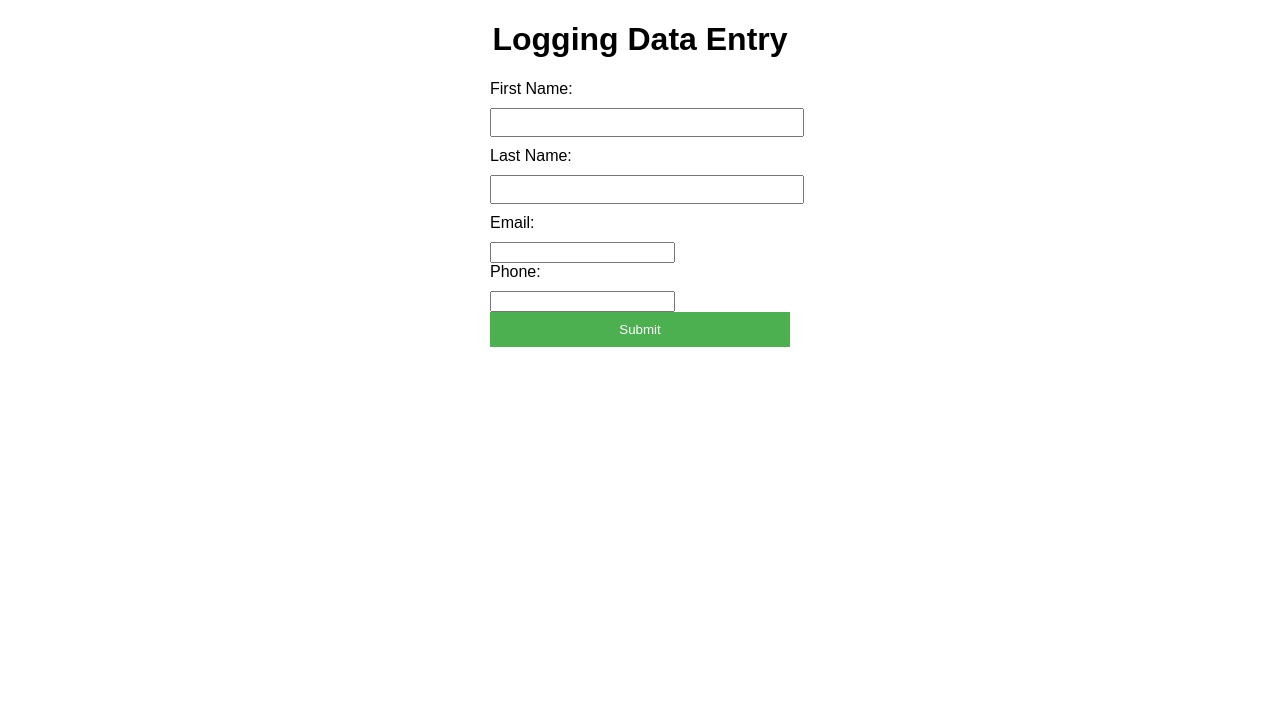
Repository: Nixon120/Python-API-MYSQL
Page: http://localhost/
The author's editor kept a copy of each file at every save. The page is drawn from the files as they stood at one save, then again after the next save.
The browser window is 1280 px wide. The pictures show the whole page.
The page is served by the project's application, run on Flask 3 (app.py).

Above is the page before, as saved 2023-06-18 18:29:23.

After the next save:
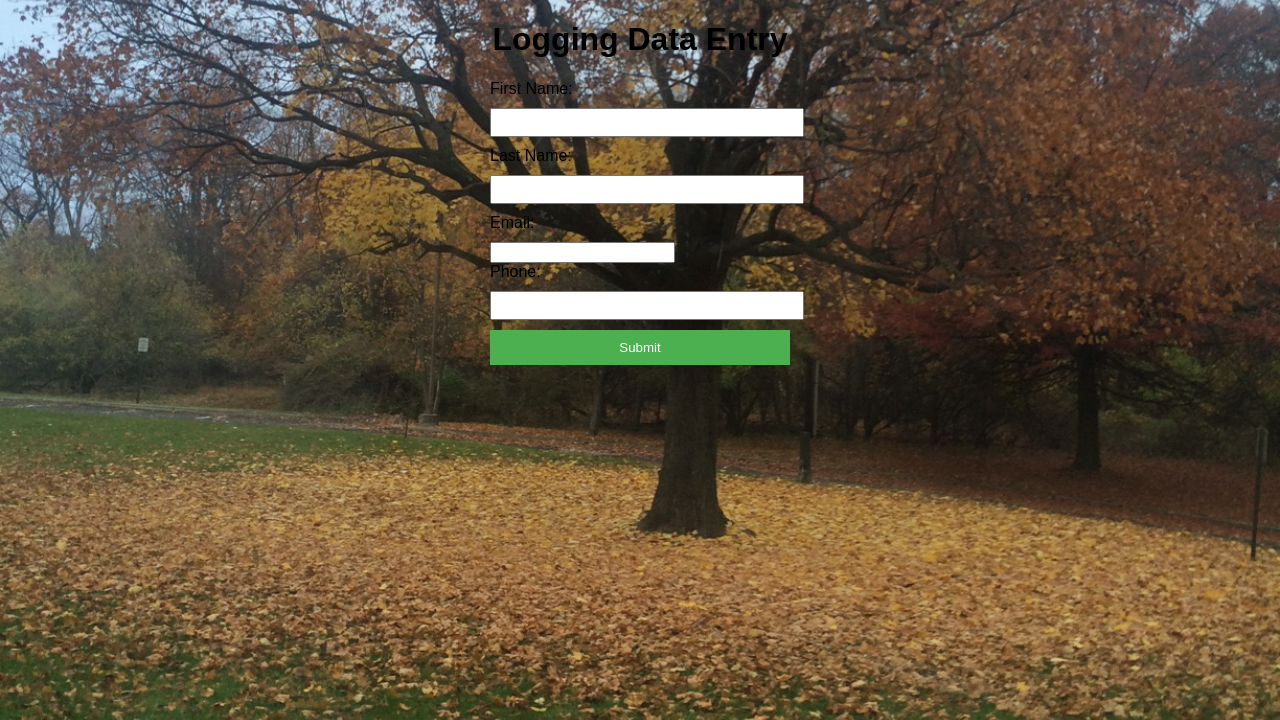
Saved 19 min 28 s later.
--- a/templates/index.html
+++ b/templates/index.html
@@ -3,6 +3,13 @@
 <head>
   <title>Logging Data Entry</title>
   <link rel="stylesheet" type="text/css" href="style.css">
+  <style>
+    body {
+      background-image: url("/static/pic.JPG");
+      background-size: cover;
+      background-position: center;
+    }
+  </style>
 </head>
 <body>
   <h1>Logging Data Entry</h1>
@@ -14,7 +21,7 @@
     <label for="email">Email:</label>
     <input type="email" id="email" name="email" required>
     <label for="phone">Phone:</label>
-    <input type="tel" id="phone" name="phone" required>
+    <input type="text" id="phone" name="phone" required>
     <input type="submit" value="Submit">
   </form>
 </body>
